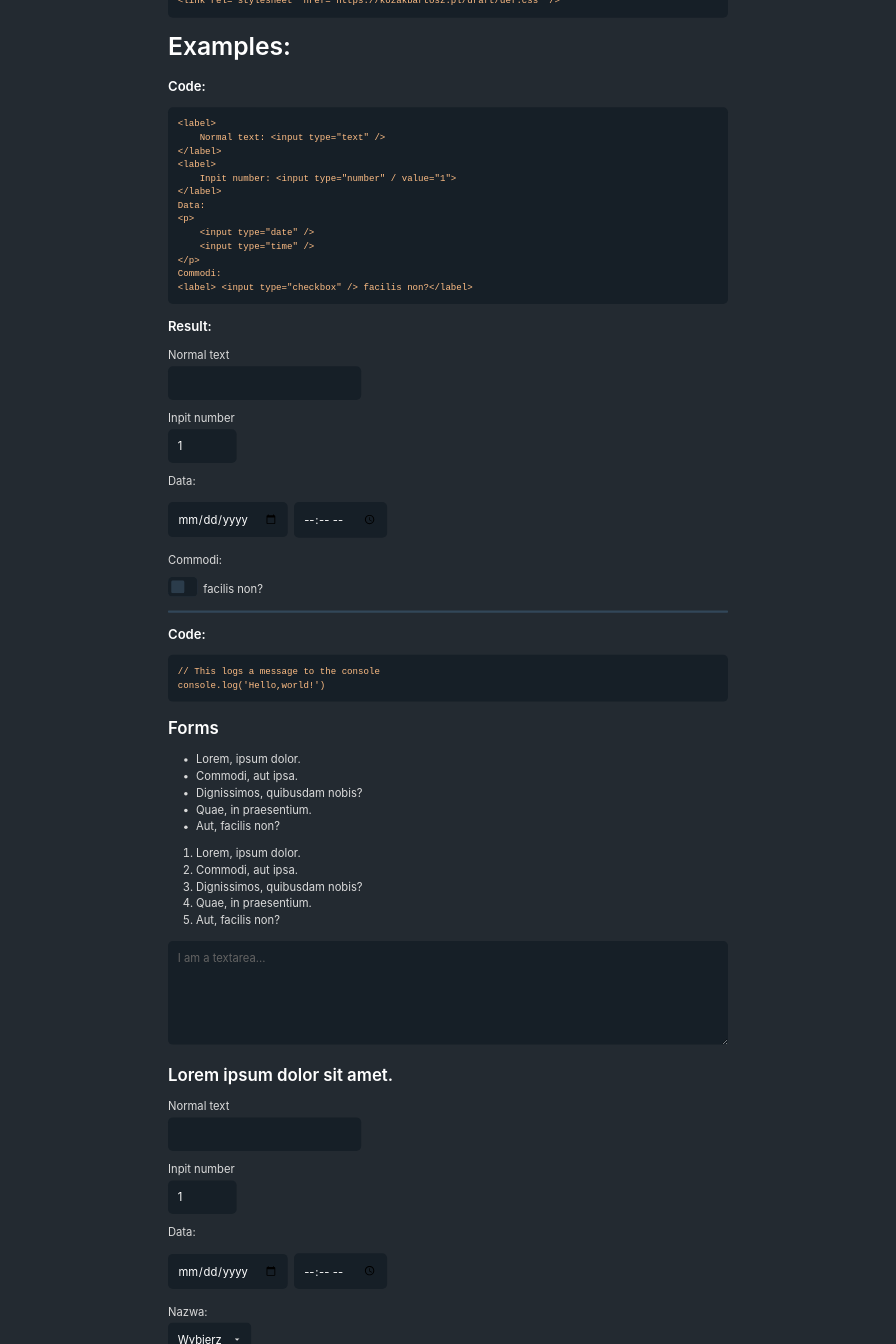
Repository: KozakBartosz/Draft
Page: index.html
The author's editor kept a copy of each file at every save. The page is drawn from the files as they stood at one save, then again after the next save.
The browser window is 1280 px wide. The pictures show the part of the page from y = 385 to 2305 px (the page is 4577 px tall before and 4616 px after), at 70% of full size.

Above is the page before, as saved 2019-04-12 08:43:57.

After the next save:
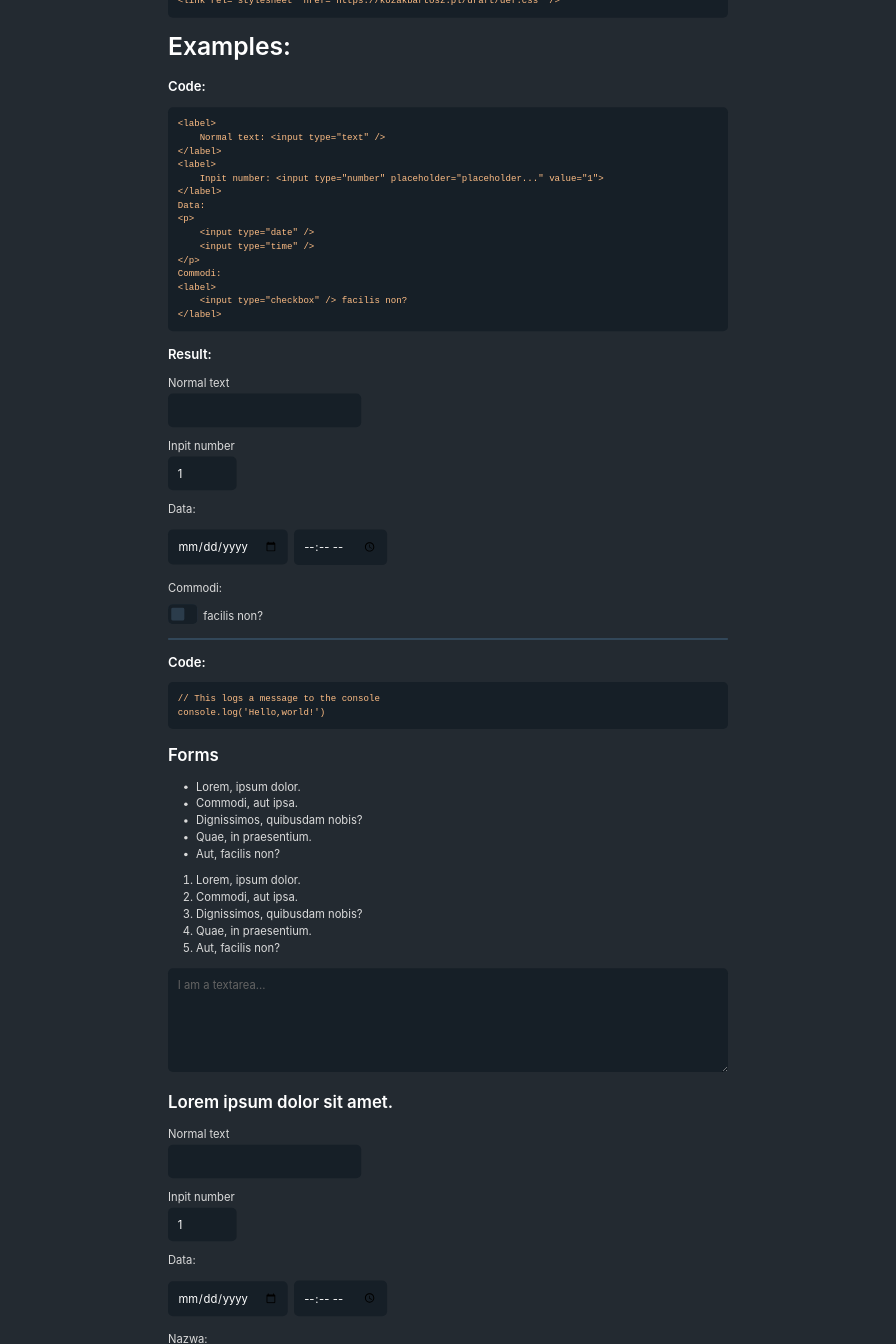
Saved 74 s later.
--- a/index.html
+++ b/index.html
@@ -35,20 +35,23 @@
 
 		<h3>Code:</h3>
 
-		<pre><code>&lt;label&gt;<br />&nbsp; &nbsp; Normal text: &lt;input type="text" /&gt;<br />&lt;/label&gt;<br />&lt;label&gt;<br />&nbsp; &nbsp; Inpit number: &lt;input type="number" / value="1"&gt;<br />&lt;/label&gt;<br />Data:<br />&lt;p&gt;<br />&nbsp; &nbsp; &lt;input type="date" /&gt;<br />&nbsp; &nbsp; &lt;input type="time" /&gt;<br />&lt;/p&gt;<br />Commodi:<br />&lt;label&gt; &lt;input type="checkbox" /&gt; facilis non?&lt;/label&gt;</code></pre>
+		<pre><code>&lt;label&gt;<br />&nbsp; &nbsp; Normal text: &lt;input type="text" /&gt;<br />&lt;/label&gt;<br />&lt;label&gt;<br />&nbsp; &nbsp; Inpit number: &lt;input type="number" placeholder="placeholder..." value="1"&gt;<br />&lt;/label&gt;<br />Data:<br />&lt;p&gt;<br />&nbsp; &nbsp; &lt;input type="date" /&gt;<br />&nbsp; &nbsp; &lt;input type="time" /&gt;<br />&lt;/p&gt;<br />Commodi:<br />&lt;label&gt;<br />&nbsp; &nbsp; &lt;input type="checkbox" /&gt; facilis non?<br />&lt;/label&gt;</code></pre>
 		<h3>Result:</h3>
 		<label>
 			Normal text
 			<input type="text" />
 		</label>
-		<label> Inpit number <input type="number" value="1" /> </label>
+		<label>
+			Inpit number
+			<input type="number" value="1" placeholder="placeholder" />
+		</label>
 		Data:
 		<p>
 			<input type="date" />
 			<input type="time" />
 		</p>
 		Commodi:
-		<label> <input type="checkbox" /> facilis non?</label>
+		<label> <input type="checkbox" /> facilis non? </label>
 
 		<hr />
 
